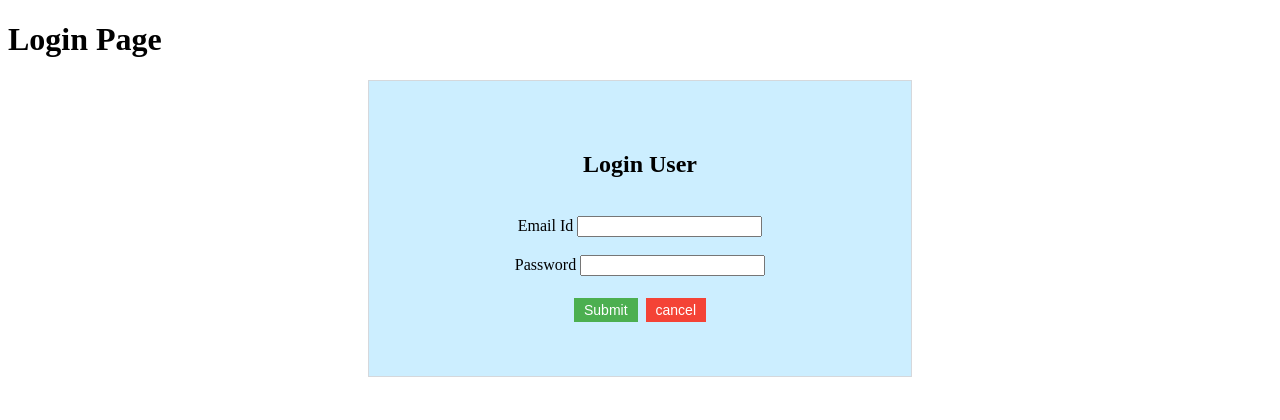
Repository: ashwinipatil321/ServletPrograms
Page: http://localhost/loginAndRegisterServlet/login.jsp
An editor plug-in stored every save of this project. The page is shown before and after the next save, followed by the edit.
The browser window is 1280 px wide. The pictures show the whole page.
The page is served by Tomcat 9.

Above is the page before, as saved 2017-11-07 04:57:17.

After the next save:
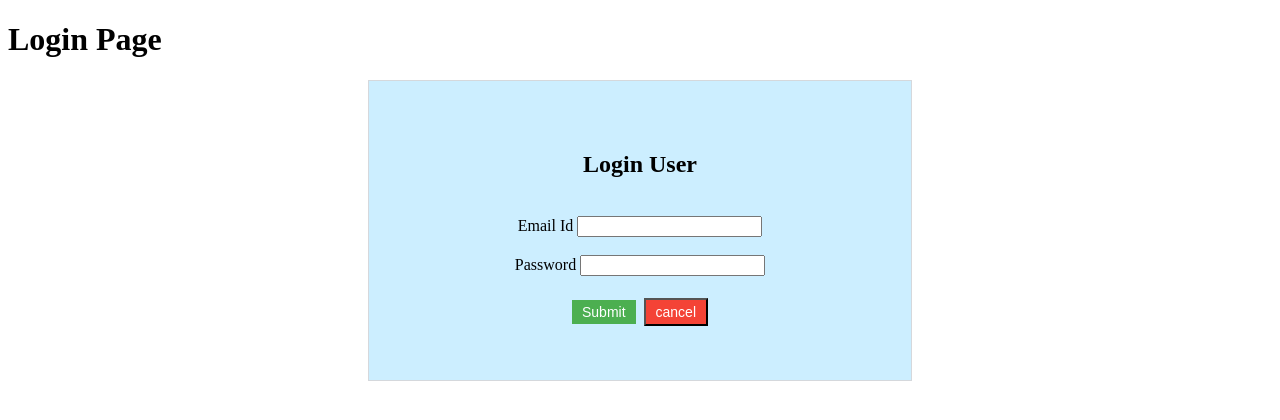
Saved 7 s later.
--- a/loginAndRegisterServlet/WebContent/login.jsp
+++ b/loginAndRegisterServlet/WebContent/login.jsp
@@ -28,7 +28,7 @@
 }
 .button1 {
     background-color: #f44336;
-    border: none;
+    border: 1;
     color: white;
     padding: 4px 10px;
     text-align: center;

After the save that followed:
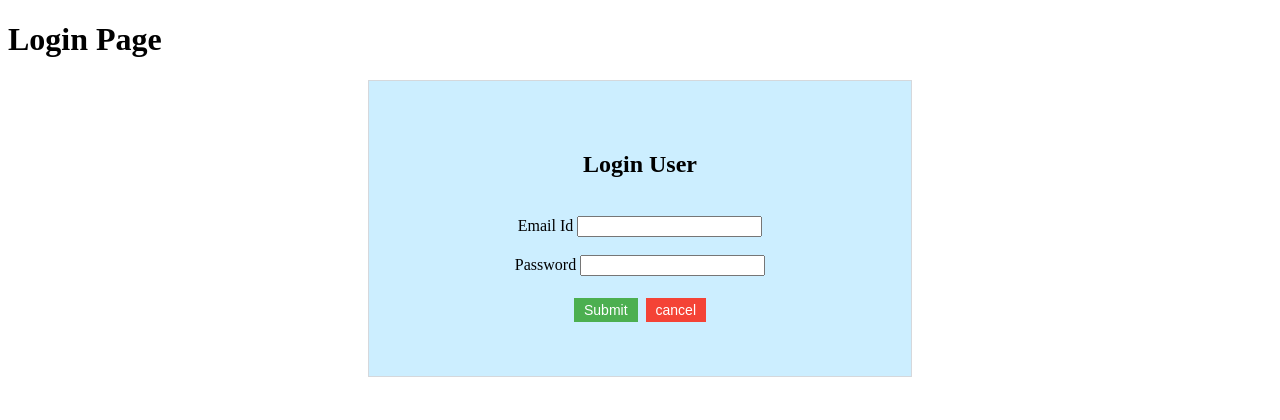
Saved 41 s later.
--- a/loginAndRegisterServlet/WebContent/login.jsp
+++ b/loginAndRegisterServlet/WebContent/login.jsp
@@ -28,7 +28,7 @@
 }
 .button1 {
     background-color: #f44336;
-    border: 1;
+    border:none;
     color: white;
     padding: 4px 10px;
     text-align: center;
